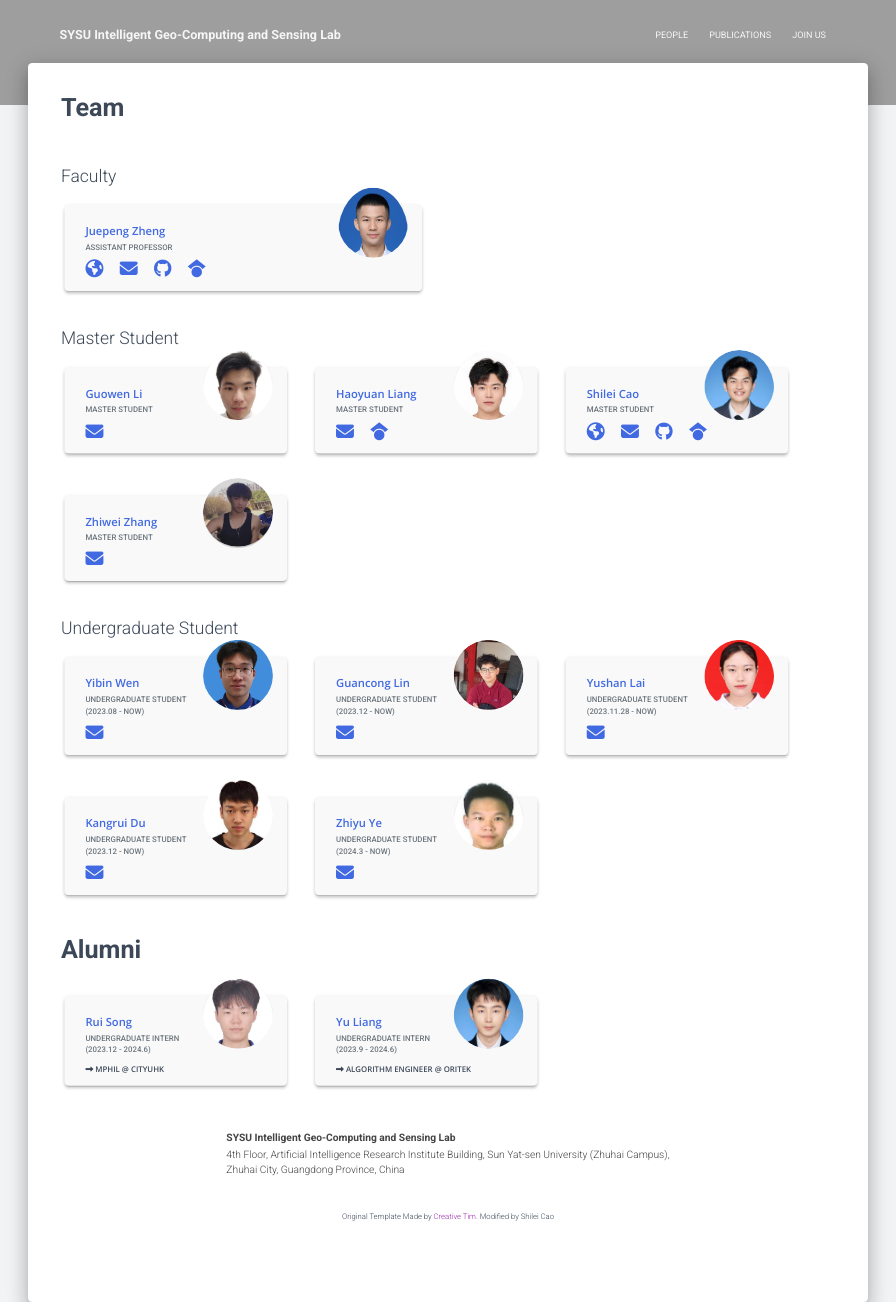
Repository: rssysu/rssysu.github.io
Page: people.html
These files come from the project's save history. The page is drawn as it stood at one moment and after the next save; the edit follows.
The browser window is 1280 px wide. The pictures show the whole page, at 70% of full size.
Pictures or frames that could not be fetched are drawn as grey boxes. Some web libraries are served in a nearby version.

Above is the page before, as saved 2025-03-18 20:54:49.

After the next save:
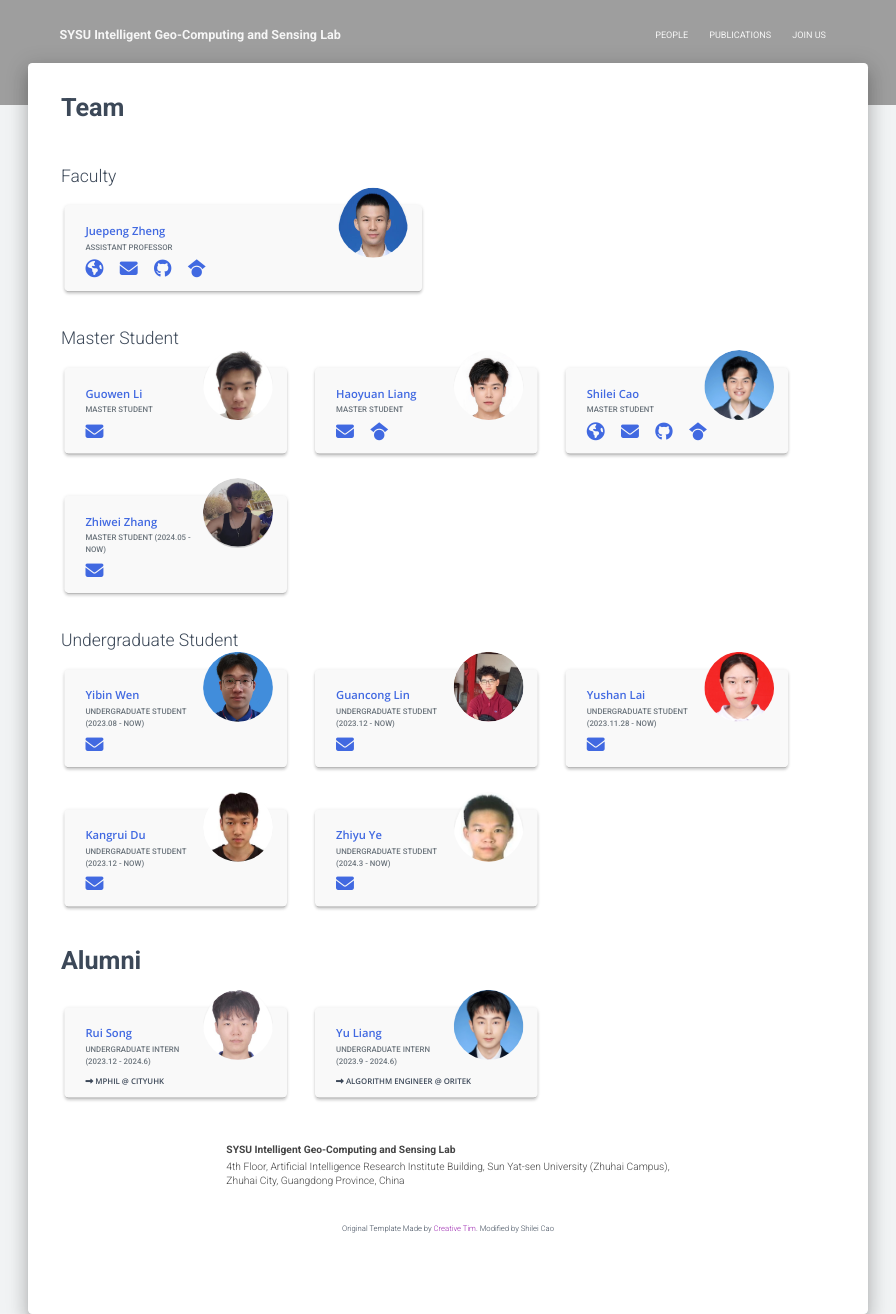
Saved 87 s later.
--- a/people.html
+++ b/people.html
@@ -129,7 +129,7 @@
                                 </div>
                             </div>
                             <h4 class="card-title"> <a href="./assets/resume/zzw.html" target="_blank">  Zhiwei Zhang </a> </h4>
-                            <h6 class="card-subtitle mb-2 text-muted">Master Student</h6>
+                            <h6 class="card-subtitle mb-2 text-muted">Master Student (2024.05 - Now)</h6>
                             <a href="mailto:zhangzhw65@mail2.sysu.edu.cn" class="card-link"><i class="fa fa-envelope fa-2x" aria-hidden="true"></i></a>
                     </div>
                 </div>
